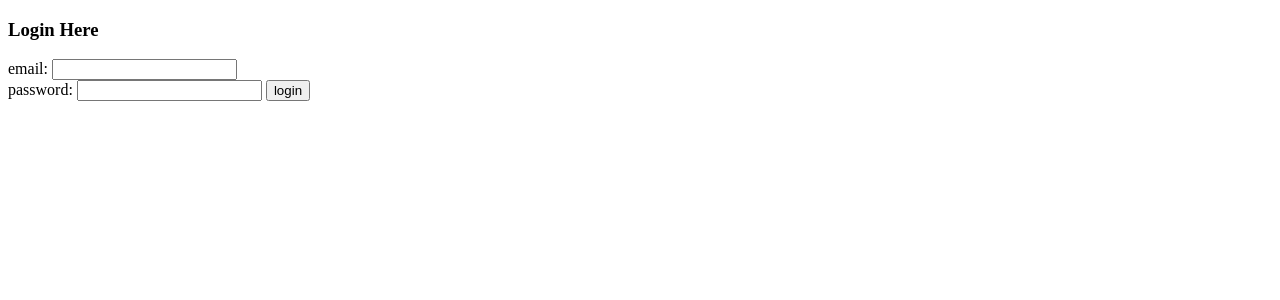
Repository: deepak-bisen/Spring
Page: MVCDesign/src/main/webapp/login.html
The author's editor kept a copy of each file at every save. The page is drawn from the files as they stood at one save, then again after the next save.
The browser window is 1280 px wide. The pictures show the whole page.

Above is the page before, as saved 2025-06-30 19:20:37.

After the next save:
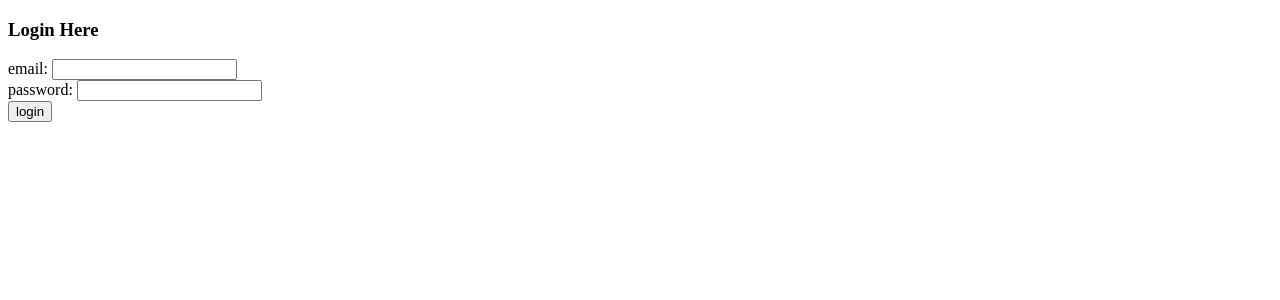
Saved 10 s later.
--- a/MVCDesign/src/main/webapp/login.html
+++ b/MVCDesign/src/main/webapp/login.html
@@ -8,7 +8,7 @@
 	<h3>Login Here</h3>
 	<form action="login" method="post">
 		email: <input type="text" name="email1" /><br>
-		 password: <input type="text" name="password1" />
+		 password: <input type="text" name="password1" /><br>
 		 <input type="submit" value="login">
 	</form>
 
